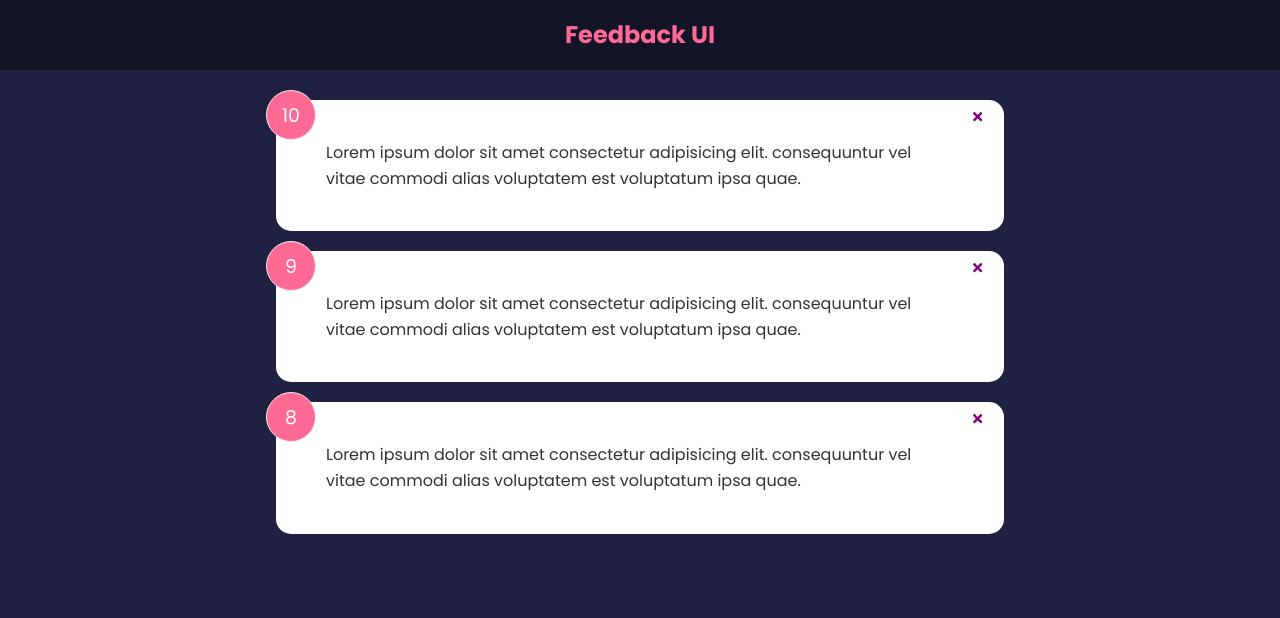
Repository: Lithium87/feedback-app
Page: / (app in client/)
These files come from the project's save history. The page is drawn as it stood at one moment and after the next save; the edit follows.
The browser window is 1280 px wide. The pictures show the whole page.
The project was rebuilt for these pictures with package versions that can differ from the ones it lists, and the page was loaded fresh each time.

Above is the page before, as saved 2022-05-28 18:53:34.

After the next save:
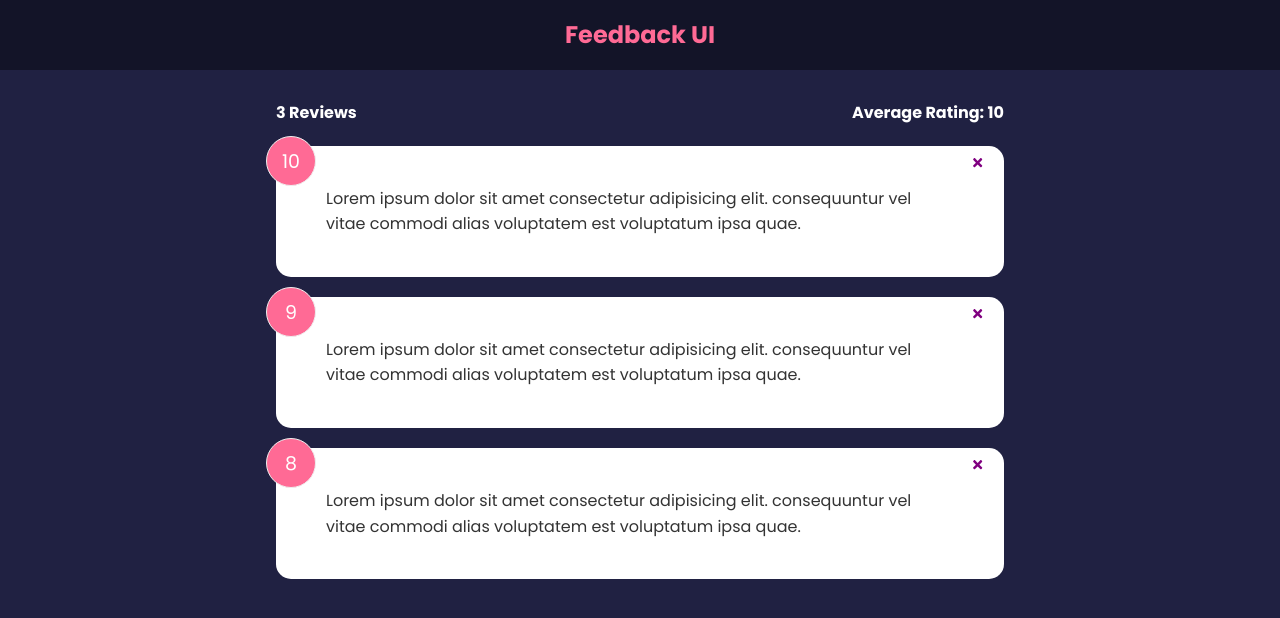
Saved 3 s later.
--- a/client/src/App.js
+++ b/client/src/App.js
@@ -2,6 +2,7 @@ import React, {useState} from 'react';
 import Header from './components/Header';
 import FeedbackList from './components/FeedbackList';
 import FeedbackData from './data/FeedbackData';
+import FeedbackStats from './components/FeedbackStats';
 
 const App = () => {
   const [feedback, setFeedback] = useState (FeedbackData);
@@ -16,6 +17,7 @@ const App = () => {
     <React.Fragment>
       <Header />
       <div className="container">
+        <FeedbackStats feedback={feedback} />
         <FeedbackList feedback={feedback} handleDelete={deleteFeedback} />
       </div>
     </React.Fragment>
